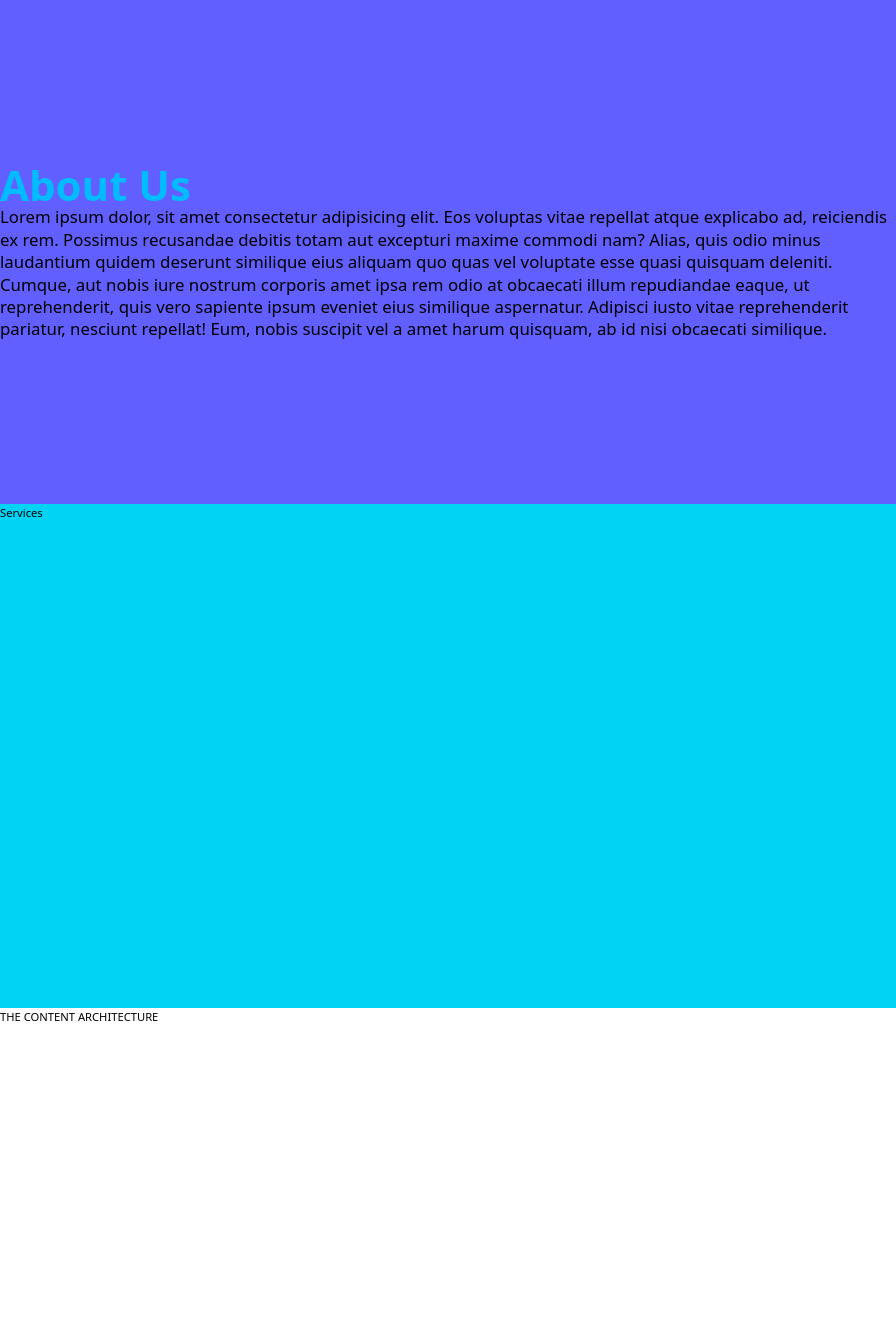
Repository: ajay-maurya-dev/Login
Page: /
These files come from the project's save history. The page is drawn as it stood at one moment and after a run of saves; the edit follows.
The browser window is 1280 px wide. The pictures show the part of the page from y = 720 to 2620 px (the page is 2880 px tall), at 70% of full size.
Backgrounds fixed to the window are drawn as part of the page. The project was rebuilt for these pictures with package versions that can differ from the ones it lists, and the page was loaded fresh each time. Also part of the build but not shown: vite.config.js.

Above is the page before, as saved 2026-10-24 23:40:26.

After the next 3 saves:
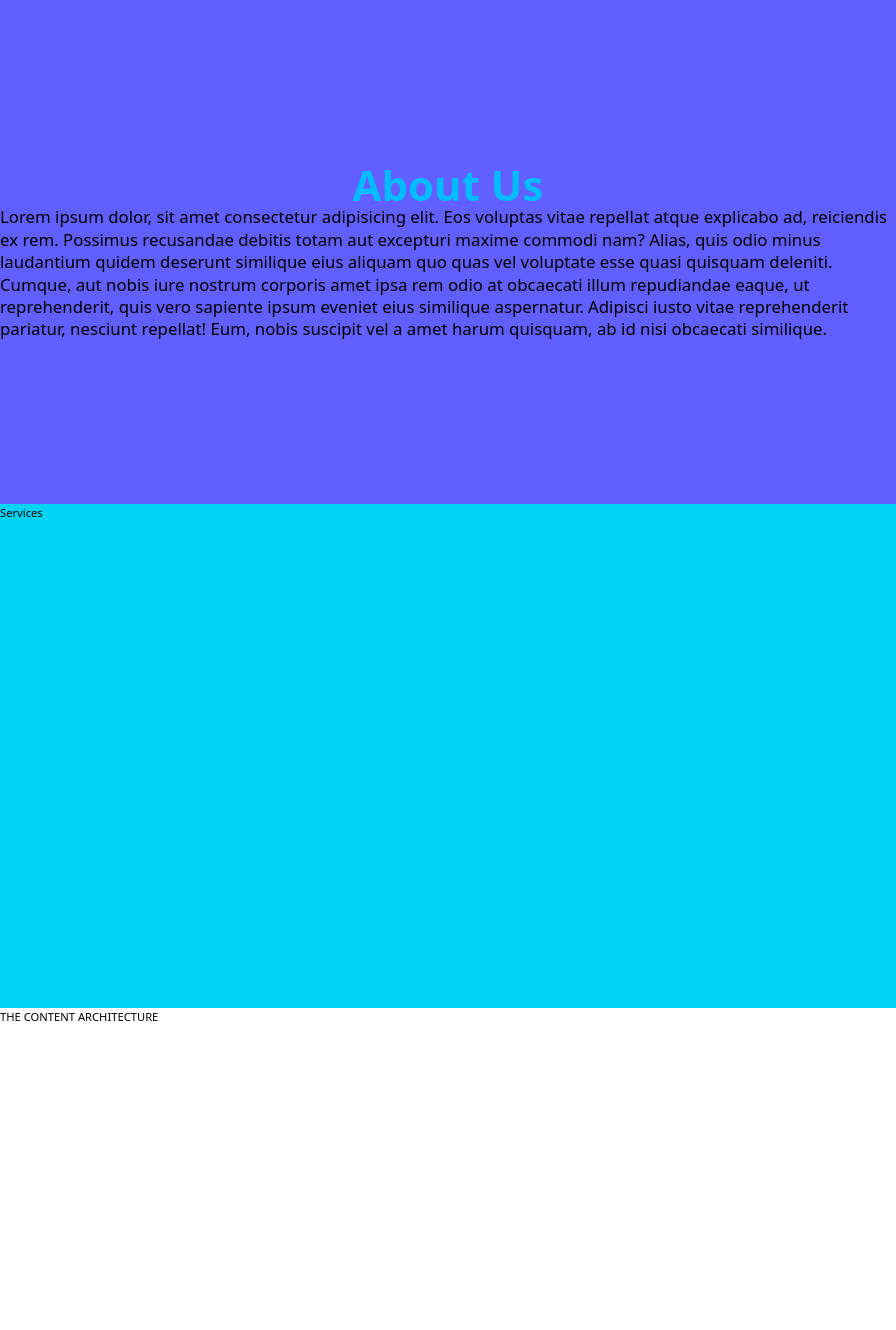
The 3 saves are shown as one change because they came seconds apart.
The last was saved 14 s later.
--- a/src/components/About.jsx
+++ b/src/components/About.jsx
@@ -3,7 +3,7 @@
 function About() {
   return (
     <div className="w-full min-h-screen bg-indigo-500 z-10 text-2xl dark:bg-black dark:text-white bg-fixed justify-center flex flex-col">
-        <h4 className="text-6xl font-extrabold text-sky-400">About Us</h4>
+        <h4 className="text-6xl font-extrabold text-sky-400 text-center">About Us</h4>
         <div className="">
         <p className="">Lorem ipsum dolor, sit amet consectetur adipisicing elit. Eos voluptas vitae repellat atque explicabo ad, reiciendis ex rem. Possimus recusandae debitis totam aut excepturi maxime commodi nam? Alias, quis odio minus laudantium quidem deserunt similique eius aliquam quo quas vel voluptate esse quasi quisquam deleniti. Cumque, aut nobis iure nostrum corporis amet ipsa rem odio at obcaecati illum repudiandae eaque, ut reprehenderit, quis vero sapiente ipsum eveniet eius similique aspernatur. Adipisci iusto vitae reprehenderit pariatur, nesciunt repellat! Eum, nobis suscipit vel a amet harum quisquam, ab id nisi obcaecati similique.</p>
         </div>
